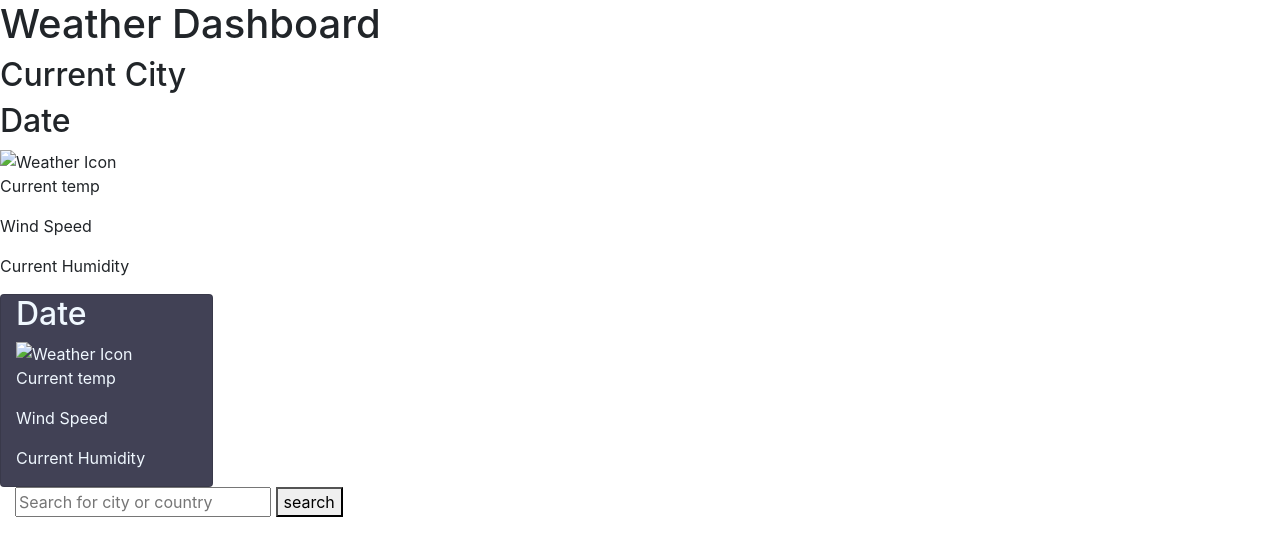
Repository: cobalt88/weather-forecast-app
Page: index.html
These files come from the project's save history. The page is drawn as it stood at one moment and after the next save; the edit follows.
The browser window is 1280 px wide. The pictures show the whole page.
The page's requests for data from a server got no answer. Some web libraries are served in a nearby version.

Above is the page before, as saved 2022-04-02 18:15:02.
Console error: TypeError: Cannot read properties of undefined (reading 'Key')

### index.html
<!DOCTYPE html>
<html lang="en">
<head>
  <meta charset="UTF-8">
  <meta http-equiv="X-UA-Compatible" content="IE=edge">
  <meta name="viewport" content="width=device-width, initial-scale=1.0">
  <link
  rel="stylesheet"
  href="https://stackpath.bootstrapcdn.com/bootstrap/4.3.1/css/bootstrap.min.css"
/>
<link
  rel="stylesheet"
  href="https://use.fontawesome.com/releases/v5.8.1/css/all.css"
  integrity="sha384-50oBUHEmvpQ+1lW4y57PTFmhCaXp0ML5d60M1M7uH2+nqUivzIebhndOJK28anvf"
  crossorigin="anonymous"
/>
<link
  href="https://fonts.googleapis.com/css?family=Open+Sans&display=swap"
  rel="stylesheet"
/>

<link href="style.css" rel="stylesheet">
  <title>Document</title>
</head>
<body>

  <header><h1>Weather Dashboard</h1></header>
  <div id="current-day">
  <h2 id="city">Current City</h2>
  <h2 id="date">Date</h2>
      <img alt="Weather Icon">
      <p id="temp">Current temp</p>
      <p id="wind">Wind Speed</p>
      <p id="humidity">Current Humidity</p>
</div>
  <div id="5-day-container">

    <div id="forecast" class="card col-2">
      <h2 id="date">Date</h2>
      <img alt="Weather Icon">
      <p id="temp">Current temp</p>
      <p id="wind">Wind Speed</p>
      <p id="humidity">Current Humidity</p>
    </div>


  </div>

  <div class="col-xl-4 col-lg-4 col-md-4 col-sm-4 col-4">
    <input type="text" id="searchInput" placeholder="Search for city or country">
    <button type= 'button' id="search-button">search</button>
    <ul id="city-list"></ul>
  </div>
  <script src="https://code.jquery.com/jquery-3.4.1.min.js"></script>
  <script src="logic.js"></script>
</body>
</html>

### style.css
.card {
  background-color: rgb(65, 65, 85);
  color: aliceblue;

}

.cityList {
  display: flex;
  flex-direction: column;
  width: 25%;
  max-width: 500px;
}

### logic.js
var buttonContainerEl = document.querySelector('#city-list');
var forecastContainer = document.getElementById('5-day-container');
var todayContainer = document.getElementById('current-day')
var dataArr = [];
var displayArr = [];
var currentLocationArr = [];
var searchLocationArr = [];
var forecastArr = [];
var input = document.getElementById('searchInput');
var locationKey = '';

$("#search-button").on("click", function () {
  let text = $(this).siblings("#searchInput").val();
  console.log(displayArr)
  let searchUrl = `http://dataservice.accuweather.com/locations/v1/cities/search?apikey=%09WRy7rAgeG9pkGPZlac8sWxk9sXswNaMI&q=${text}}`
  fetch(searchUrl)
    .then(function(response) {
      return response.json();
    })
    .then(function(searchLocation) {
      searchLocationArr.push(searchLocation);
    })
    .then(function(){
      displayArr = searchLocationArr;
    })
  })


function getLocation() {
  var requestLocationUrl = 'http://dataservice.accuweather.com/locations/v1/cities/ipaddress?apikey=WRy7rAgeG9pkGPZlac8sWxk9sXswNaMI&q=199.231.175.194'
  fetch(requestLocationUrl)
  .then(function(response){
    return response.json();
  })
  .then(function(currentLocation) {
    currentLocationArr.push(currentLocation);
    displayArr = currentLocationArr;
  })
  .then(getForecast());
};


function getCityList() {
let requestUrl = "http://dataservice.accuweather.com/locations/v1/topcities/150?apikey=%09WRy7rAgeG9pkGPZlac8sWxk9sXswNaMI";
fetch(requestUrl)
  .then(function(response){
  return response.json();
})
.then(function(cityData){
  for (var i = 0; i < cityData.length; i++) {
    var location = document.createElement('li')
    location.textContent = `${cityData[i].EnglishName}, ${cityData[i].Country.EnglishName}`;
    buttonContainerEl.appendChild(location)
    location.setAttribute('class', 'list-group-item ')
    location.setAttribute('id', `${cityData[i].EnglishName}-${cityData[i].Country.EnglishName}` )
    dataArr.push(cityData[i]);
  }
});
};

function getForecast() {

    var localKey = displayArr[0].Key;
    var searchUrl = `http://dataservice.accuweather.com/locations/v1/cities/search?apikey=%09WRy7rAgeG9pkGPZlac8sWxk9sXswNaMI&q=${localKey}}`
    fetch(searchUrl)
      .then(function(response) {
        return response.json();
      })
      .then(function(location) {
       locationKey = localKey;
      })
      .then(forecastDisplayHandler());
  }



function forecastDisplayHandler () {

todayContainer.appendChild(
  ` <h2 id="city">Current City</h2>
    <h2 id="date">Date</h2>
      <img alt="Weather Icon">
      <p id="temp">Current temp</p>
      <p id="wind">Wind Speed</p>
      <p id="humidity">Current Humidity</p>`
)

for (var i = 0; i < forecastArr.length; i++) {

  var date = displayArr[i].Date;

  forecastContainer.appendChild(
      `<div id="day ${i}" class="card col-2">
      <h2 id="date">${date}</h2>
      <img alt="Weather Icon">
      <p id="temp">${temp}</p>
      <p id="wind">${wind}</p>
      <p id="humidity">${humidity}</p>
    </div>`
    )
}

}



getLocation();
getCityList();

After the next save:
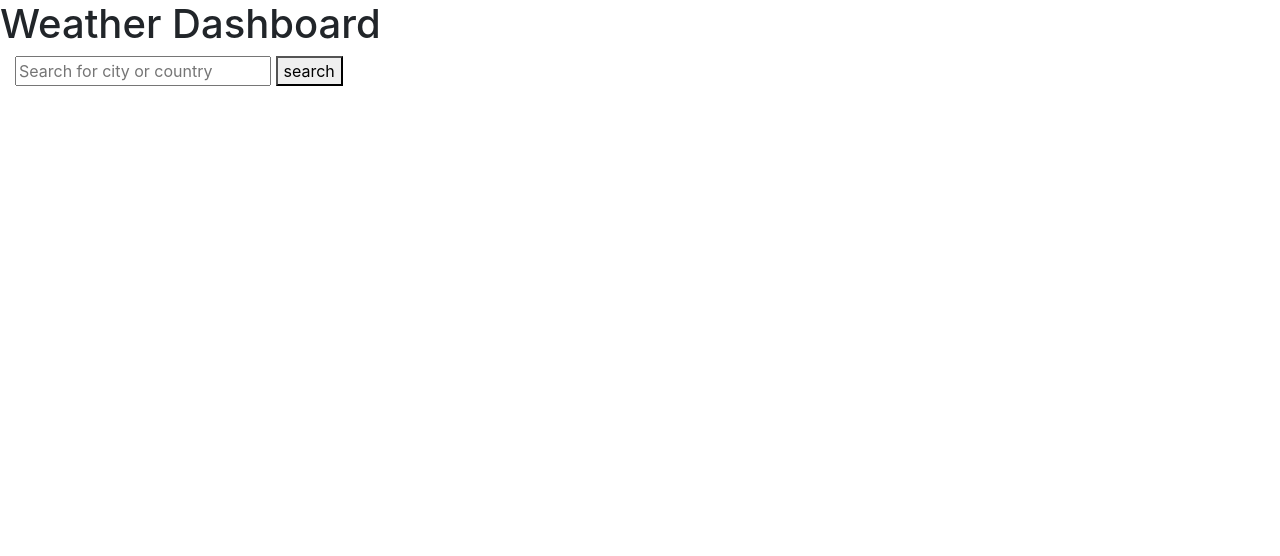
Saved 23 s later.
--- a/index.html
+++ b/index.html
@@ -26,23 +26,23 @@
 
   <header><h1>Weather Dashboard</h1></header>
   <div id="current-day">
-  <h2 id="city">Current City</h2>
+  <!-- <h2 id="city">Current City</h2>
   <h2 id="date">Date</h2>
       <img alt="Weather Icon">
       <p id="temp">Current temp</p>
       <p id="wind">Wind Speed</p>
-      <p id="humidity">Current Humidity</p>
+      <p id="humidity">Current Humidity</p> -->
 </div>
   <div id="5-day-container">
 
-    <div id="forecast" class="card col-2">
+    <!-- <div id="forecast" class="card col-2">
       <h2 id="date">Date</h2>
       <img alt="Weather Icon">
       <p id="temp">Current temp</p>
       <p id="wind">Wind Speed</p>
       <p id="humidity">Current Humidity</p>
     </div>
-
+      -->
 
   </div>
 
